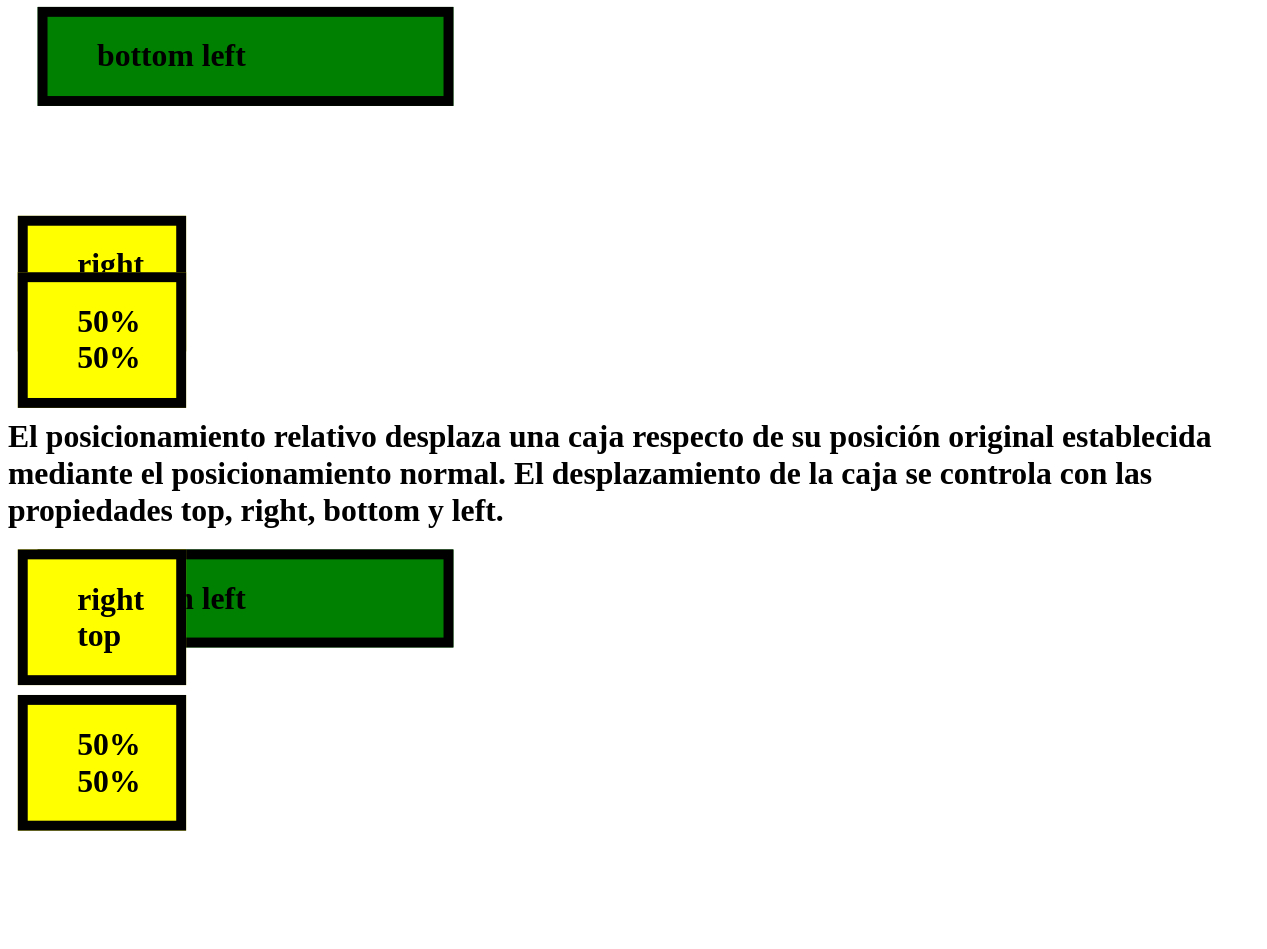
Repository: antonio63j/misNotas
Page: software/CSS/Demos/aptana_proyect/src/relativo.html
The author's editor kept a copy of each file at every save. The page is drawn from the files as they stood at one save, then again after the next save.
The browser window is 1280 px wide. The pictures show the whole page, at 99% of full size.

Above is the page before, as saved 2017-04-23 16:44:42.

### software/CSS/Demos/aptana_proyect/src/relativo.html
<!DOCTYPE html>
<html>
<head>
<style>

#caja1 {
  position:relative;
  bottom:1px;
  left:20px;
  width: 300px;
  padding-left:  50px;
  padding-right: 50px;
  margin-left:   10px;
  margin-right:  10px;
  border: 10px solid black;
  margin-bottom:10px;
  background-color:green;
}

#caja2 {
  position:relative;
  top:100px;
  width: 50px;
  padding-left:  50px;
  padding-right: 50px;
  margin-left:   10px;
  margin-right:  10px;
  border: 10px solid black;
  margin-bottom:10px;
  background-color:yellow;
}

#caja3 {
  position:relative;
  top:10px;
  width: 50px;
  padding-left:  50px;
  padding-right: 50px;
  margin-left:   10px;
  margin-right:  10px;
  border: 10px solid black;
  margin-bottom:10px;
  background-color:yellow;
}

#caja11 {
  position:relative;
  bottom:1px;
  left:20px;
  width: 300px;
  padding-left:  50px;
  padding-right: 50px;
  margin-left:   10px;
  margin-right:  10px;
  border: 10px solid black;
  margin-bottom:10px;
  background-color:green;
}

#caja22 {
  position:relative;
  top:-110px;
  width: 50px;
  padding-left:  50px;
  padding-right: 50px;
  margin-left:   10px;
  margin-right:  10px;
  border: 10px solid black;
  margin-bottom:10px;
  background-color:yellow;
}

#caja33 {
  position:relative;
  top:-110px;
  width: 50px;
  padding-left:  50px;
  padding-right: 50px;
  margin-left:   10px;
  margin-right:  10px;
  border: 10px solid black;
  margin-bottom:10px;
  background-color:yellow;
}

</style>
</head>



<body>

<div id="caja1"><h1>bottom left</h1></div>
<div id="caja2"><h1>right top</h1></div>
<div id="caja3"><h1>50% 50%</h1></div>

<h1>El posicionamiento relativo desplaza una caja respecto de su posición original establecida mediante el posicionamiento normal. El desplazamiento de la caja se controla con las propiedades top, right, bottom y left.</h1>

<div id="caja11"><h1>bottom left</h1></div>
<div id="caja22"><h1>right top</h1></div>
<div id="caja33"><h1>50% 50%</h1></div>

</body>

</html>

After the next save:
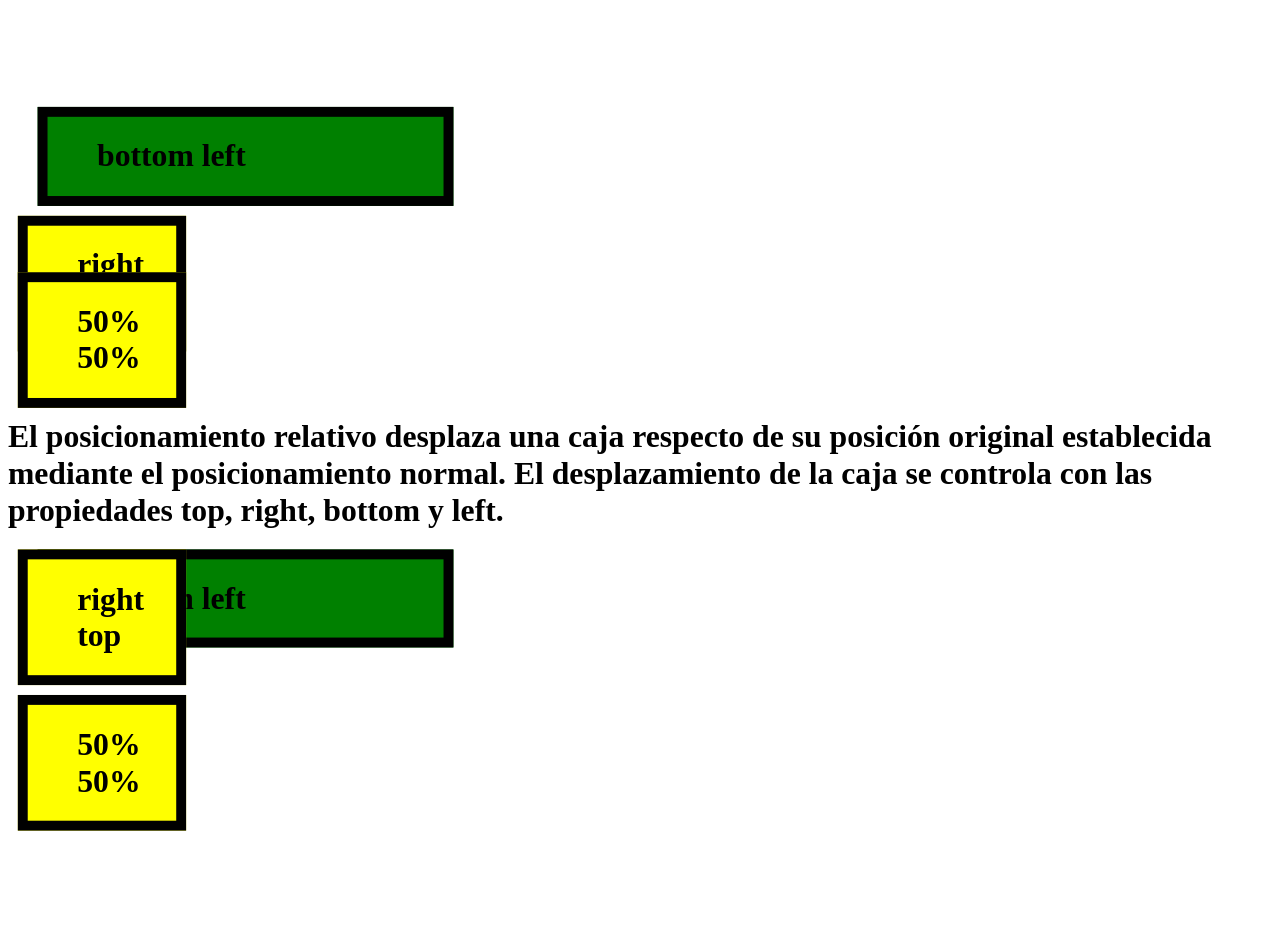
Saved 37 s later.
--- a/software/CSS/Demos/aptana_proyect/src/relativo.html
+++ b/software/CSS/Demos/aptana_proyect/src/relativo.html
@@ -5,7 +5,7 @@
 
 #caja1 {
   position:relative;
-  bottom:1px;
+  bottom:-100px;
   left:20px;
   width: 300px;
   padding-left:  50px;
